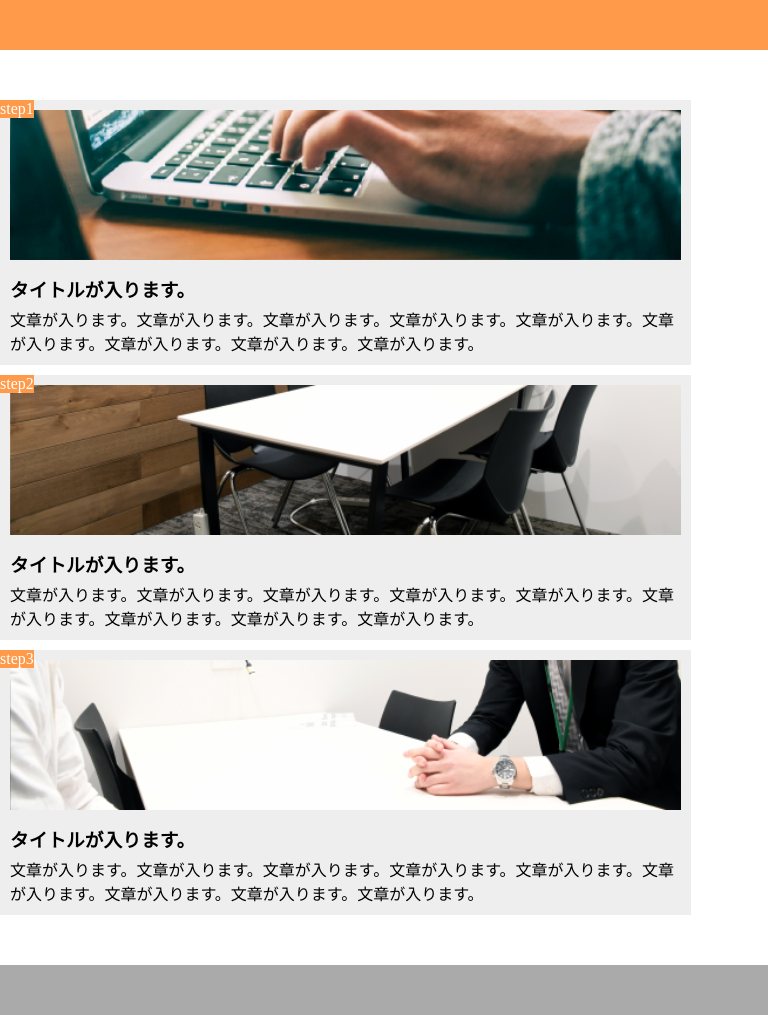
Repository: TsuKou/MainContents
Page: chapter9/ensyuu2/ensyuu2.html
The author's editor kept a record of every edit. The page is drawn from the files as they stood at one moment, then again after the next edit.
The browser window is 768 px wide. The pictures show the whole page.

Above is the page before.

After the next edit:
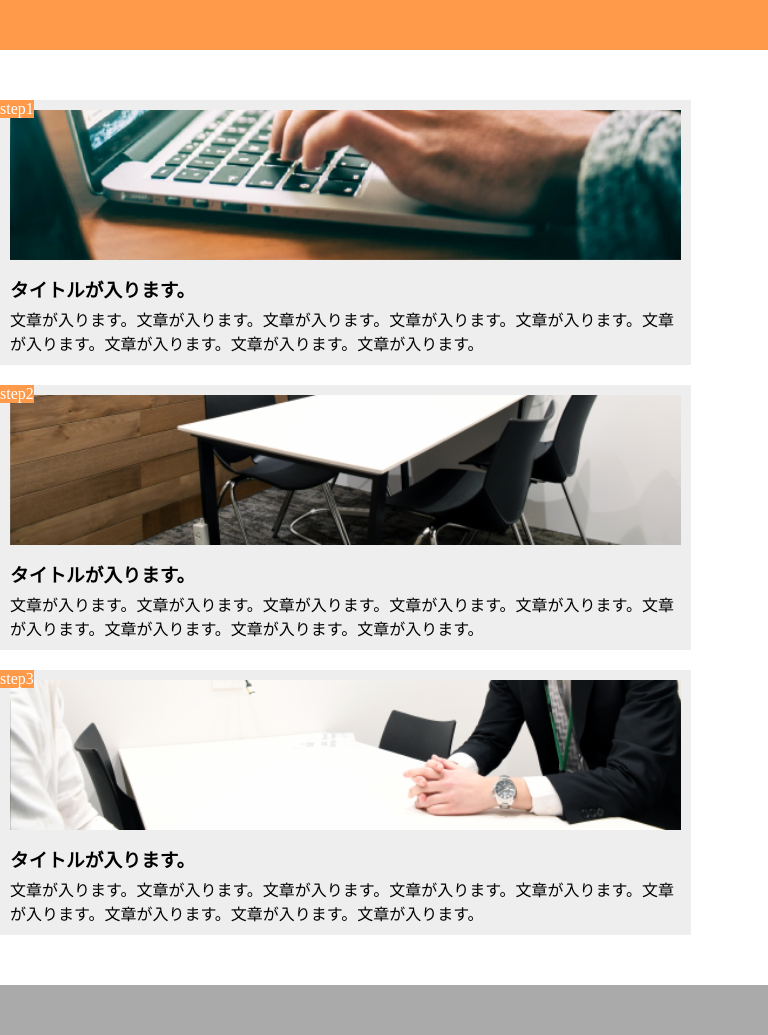
The edit:
--- a/chapter9/ensyuu2/ensyuu2.css
+++ b/chapter9/ensyuu2/ensyuu2.css
@@ -74,8 +74,7 @@
 
   .box {
     width: 90%;
-    margin-top: 10px;
-    margin-bottom: 10px;
+    margin-bottom: 20px;
   }
 
   .box:first-child {
